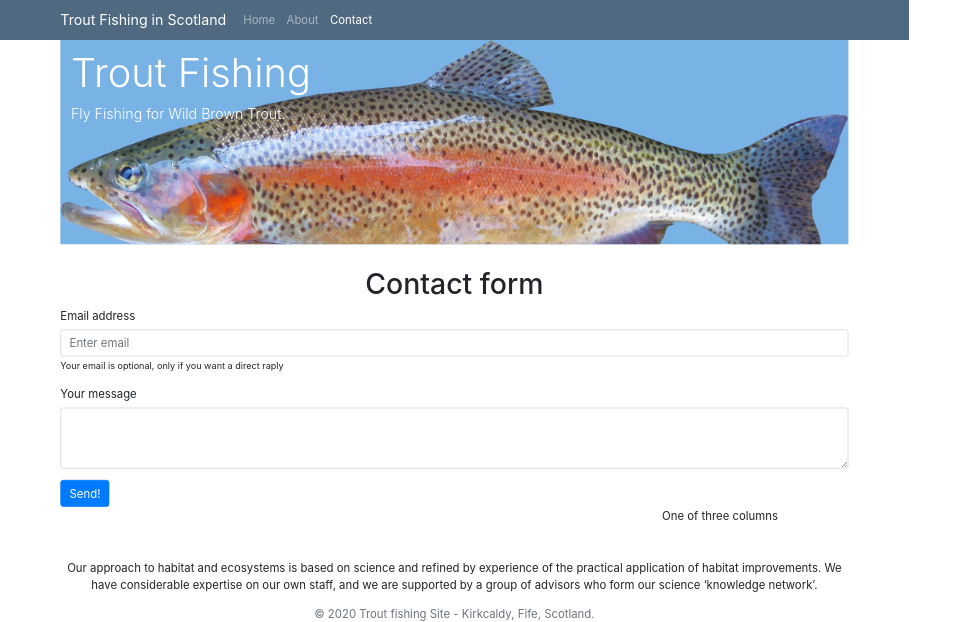
Repository: adrian9211/College_project
Page: contact.html
An editor plug-in stored every save of this project. The page is shown before and after the next save, followed by the edit.
The browser window is 1280 px wide. The page is 1280 px wide, then 1380 px, so the pictures cover 1380 px, including what lies to the right of the window. The pictures show the whole page, at 71% of full size.

Above is the page before, as saved 2020-11-04 09:33:56.

After the next save:
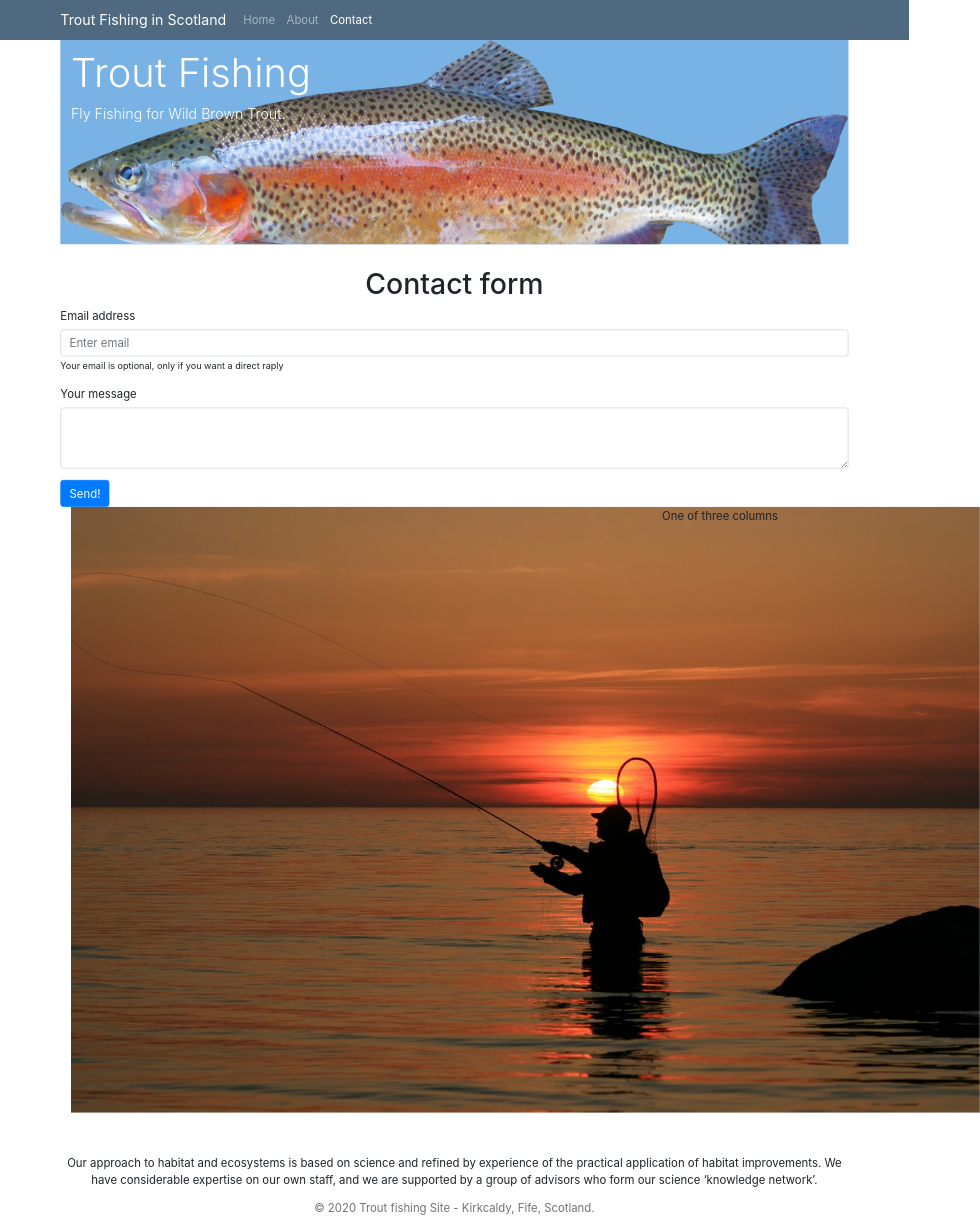
Saved 2 s later.
--- a/contact.html
+++ b/contact.html
@@ -65,6 +65,7 @@
       <div class="container">
         <div class="row">
           <div class="col-sm-9">
+            <img src="img/large/angler-3308264_1280.jpg" alt="fish" class="contactMainHeading">
             <h1 class="lead">
 
             </h1>
